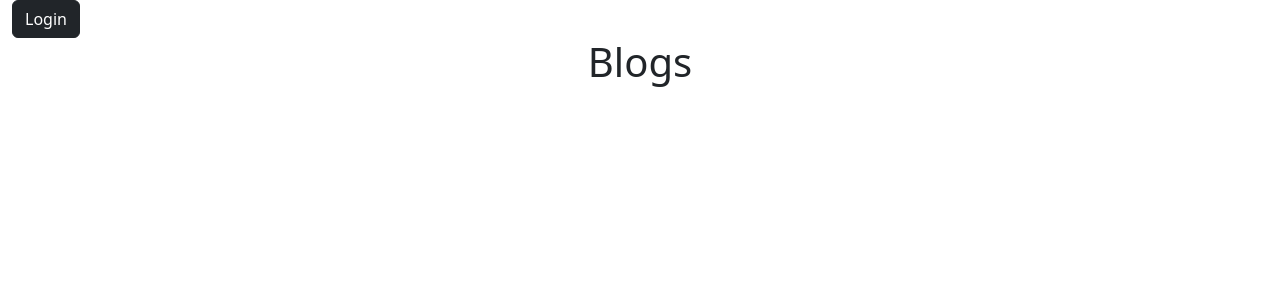
Repository: wasimalbokae/Blog
Page: http://localhost/
The author's editor kept a copy of each file at every save. The page is drawn from the files as they stood at one save, then again after the next save.
The browser window is 1280 px wide. The pictures show the whole page.
The page is served by the project's Laravel application, run on PHP 8.4 with Laravel 12. Other server files are loaded and not shown. Queries for data that is not in the repository find no rows.

Above is the page before, as saved 2025-01-05 17:47:48.

### routes/web.php
<?php
use Illuminate\Support\Facades\Route;
use App\Http\Controllers\UserController;
use App\Http\Controllers\AuthController;
use App\Http\Controllers\PostController;
use App\Http\Controllers\TagController;
use App\Http\Controllers\CategoryController;
use App\Http\Controllers\CommentController;
Route::middleware("auth")->group(function(): void
{
    Route::get('index',  function(){return view("index");})->name("index");

    Route::get('/posts', [PostController::class, "index"])->name("posts");
    Route::get('/posts/create', [PostController::class, "create"] )->name("posts.create");
    Route::POST('/posts/store', [PostController::class, "store"] )->name("posts.store");
    Route::get('/posts/show/id={id?}', [PostController::class, "show"] )->name("posts.show");
    Route::get('/posts/edit/id={id?}', [PostController::class, "edit"] )->name("posts.edit");
    Route::POST('/posts/update/id={id?}', [PostController::class, "update"] )->name("posts.update");
    Route::get('/posts/delete/id={id?}', [PostController::class, "destroy"] )->name("posts.delete");
    Route::get('/users/create', [UserController::class,"create"])->name("users.create");
    Route::POST('user/register',[AuthController::class,"register"])->name("users.register");
    Route::get('/users/show/id={id?}', [UserController::class, "show"] )->name("users.show");
    Route::get('/users/edit/id={id?}', [UserController::class, "edit"] )->name("users.edit");
    Route::POST('/users/update/id={id?}', [UserController::class, "update"] )->name("users.update");
    Route::get('/users/delete/id={id?}', [UserController::class, "destroy"] )->name("users.delete");

    Route::get( '/tags', [TagController::class, "index"])->name("tags");
    Route::get( '/tags/create', [TagController::class, "create"] )->name("tags.create");
    Route::POST('/tags/store', [TagController::class, "store"] )->name("tags.store");
    Route::get( '/tags/show/id={id?}', [TagController::class, "show"] )->name("tags.show");
    Route::get( '/tags/edit/id={id?}', [TagController::class, "edit"] )->name("tags.edit");
    Route::POST('/tags/update/id={id?}', [TagController::class, "update"] )->name("tags.update");
    Route::get( '/tags/delete/id={id?}', [TagController::class, "destroy"] )->name("tags.delete");

    Route::get( '/Category',                 [CategoryController::class, "index"])->name("Category");
    Route::get( '/Category/create',          [CategoryController::class, "create"] )->name("Category.create");
    Route::POST('/Category/store',           [CategoryController::class, "store"] )->name("Category.store");
    Route::get( '/Category/show/id={id?}',   [CategoryController::class, "show"] )->name("Category.show");
    Route::get( '/Category/edit/id={id?}',   [CategoryController::class, "edit"] )->name("Category.edit");
    Route::POST('/Category/update/id={id?}', [CategoryController::class, "update"] )->name("Category.update");
    Route::get( '/Category/delete/id={id?}', [CategoryController::class, "destroy"] )->name("Category.delete");

    Route::POST('/comments/store/{id_post}', [CommentController::class, "store"] )->name("comments.store");
    Route::POST('/comments/delete/{id_post}/{id}', [CommentController::class, "destroy"] )->name("comments.destroy");
    Route::POST('/comments/edit/{id}', [CommentController::class, "edit"] )->name("comments.edit");


    Route::get('users',[UserController::class,"index"])->name("users.index");
    Route::POST('logout',[AuthController::class,"logout"])->name("logout");
});

Route::middleware('guest')->group(function ()
{
    Route::get('/register', [UserController::class,"create"])->name("register");
    Route::POST('user/create',[AuthController::class,"register"])->name("auth.register");
    Route::post('/', [AuthController::class,"login"])->name("login");
});
Route::get('/login', [AuthController::class,"formLogin"])->name("formLogin");
Route::get('/',  [PostController::class,"index"])->name("posts.index");

### app/Http/Controllers/PostController.php
<?php
namespace App\Http\Controllers;

use App\Models\Category;
use App\Models\Post;
use App\Models\Tag;
use App\Models\Tags_posts;
use Illuminate\Http\Request;
use Illuminate\Support\Facades\Auth;

class PostController extends Controller
{
    public function index()
    {
        // $posts = Post::where('id_user', Auth::user()->id)->with('tags','category','comments')->get();

            $posts = Post::with('tags','category','comments','user')->withCount('comments')->get();
            $total = $posts->sum('comments_count');
            if($posts)
            return view("posts.index",compact("posts","total"));
            return redirect()->route('posts')->with('error', 'No Data Found');
    }
    public function create()
    {
        $categories = Category::all();
        $tags=Tag::all();
        return view("Posts.create",compact("categories","tags"));
    }
    public function store(Request $request)
    {
        $arr_images=array();
        if($images=$request->file("image"))
        {
            $request->validate([
                'image.*' => 'image|mimes:jpeg,jpg,png,gif|max:10000',
            ]);
            foreach($images as $image)
            {
                $imgName=$image->getClientOriginalName() . '-'. uniqid() . '.'.$image->getClientOriginalExtension();
                $arr_images[]=$imgName;
                $image->move(public_path("/images/posts"),$imgName);
            }
        }
        $request->validate( [
            "title"=>"required|min:3|max:50",
            "category"=>"required"]);
        if( $post=Post::create([
            "title"=>$request->title,
            "description"=>$request->description,
            "image"=>json_encode($arr_images),
            "id_category"=>$request->category,
            "id_user"=>Auth::user()->id
            ]))
            {
                if(!empty($request->tags))
                foreach($request->tags as $tag)
                {
                    $post->tags()->attach($tag);
                }
                return redirect()->route('posts');
            }
        return view("posts.index");
    }
    public function show($id)
    {
        $post = Post::with(['category','user','comments.user'])->
        where('id', $id)->withCount("comments")->first();
        if($post)
        {
            $post->comments = $post->comments->sortByDesc('updated_at');
            $total = $post->comments_count;
            return view("posts.show",compact("post","total"));
        }
        return redirect()->route('posts')->with('error', 'Not Found ID='.$id);
    }
    public function edit($id)
    {
        $post=Post::find($id);
        if($post && $post->id_user==Auth::user()->id)
        return view("posts.edit",compact("post"));
        return redirect()->route('posts')->with('error', 'Not Found ID='.$id);
    }
    public function update(Request $request, $id)
    {
            $post=POST::find($id);
            if($post && $post->id_user==Auth::user()->id)
            {
                $post->title=$request->title;
                $post->description=$request->description;
                $arr_images=array();
                if($images=$request->file("image"))
                {
                    foreach($images as $image)
                    {
                        $imgName=$image->getClientOriginalName() . '-'. uniqid() . '.'.$image->getClientOriginalExtension();
                        $arr_images[]=$imgName;
                        $image->move(public_path("/images"),$imgName);
                    }
                    $post->image=json_encode($arr_images);
                }
                $post->save();
                return redirect()->route('posts');
            }
            return redirect()->route('posts')->with('error', 'Not Found ID='.$id);
    }
    public function destroy($id)
    {
            $post = Post::find($id);
            if($post && $post->id_user==Auth::user()->id)
            {
                $post->delete();
                return redirect()->route('posts');
            }
            return redirect()->route('posts')->with('error', 'Not Found ID='.$id);
    }
}

### app/Models/Post.php
<?php

namespace App\Models;

use Illuminate\Database\Eloquent\Model;

class Post extends Model
{
    protected $fillable = [
        'title',
        'description',
        'id_category',
        'id_user',
        'image',
    ];
    public function tags()
    {
        return $this->belongsToMany(Tag::class, 'posts_tags', 'id_post', 'id_tag');
    }

    public function comments()
    {
        return $this->hasMany(Comment::class, 'id_post');
    }
    public function category()
    {
        return $this->belongsTo(Category::class, 'id_category');
    }
    public function user()
    {
        return $this->belongsTo(User::class, 'id_user');
    }
}

### app/Models/Comment.php
<?php

namespace App\Models;

use Illuminate\Database\Eloquent\Model;

class Comment extends Model
{
    protected $fillable = [
        'content',
        'id_user',
        'id_post',
    ];
    public function post()
    {
        return $this->belongsTo(Post::class);
    }
    public function user()
    {
        return $this->belongsTo(User::class, 'id_user');
    }
}

### resources/views/Posts/index.blade.php
@section("title","Posts")
@extends("layouts.app")
@section("body")
<div class="container">
        <h1 class="text-center">Blogs</h1>
        @if (Auth::user())
        <a href="{{route('posts.create')}}" class="btn btn-warning"><i class="fas fa-plus-square"></i> Add Blog</a>
        @endif
        <div class="row">
            @if(@session('error'))
            <div class="toast border-danger show position-fixed bottom-0 end-0 p-1">
                <div class="toast-header bg-danger">
                    <strong class="me-auto text-white">Error</strong>
                    <button type="button" class="btn-close" data-bs-dismiss="toast" ></button>
                </div>
                <div class="toast-body bg-white">
                    <h6 class="text-dark">  {{session('error')}}</h6>
                </div>
            </div>
            @endif
            @foreach ($posts as $post )
            <div class="container mt-3 mb-3 ">
                <div class="row d-flex align-items-center justify-content-center ">
                    <div class="col-6">
                        <div class="card">
                            <div class="row d-flex  justify-content-between p-2 px-3">
                                <div class="col-6 row d-flex align-items-start">
                                        <div class=" col-12 ">
                                            <div class="row">
                                                <div class="col-3">
                                                    <img class="rounded-circle" src="images/users/{{json_decode($post->user->image)}}" width="60" height="60">
                                                </div>
                                                <div class="col-9">
                                                    <div class=" d-flex flex-column mt-2">
                                                        <span class="align-items-start font-weight-bold">{{$post->user->name}}</span>
                                                        <small class="col-12 align-items-start text-primary text-start">{{$post->title}}</small>
                                                    </div>
                                                </div>
                                            </div>

                                        </div>
                                        <div class="col-12">
                                            <small class="ms-2 align-items-end text-dark text-end">
                                                @if (!empty($post->updated_at))
                                                {{ $post->updated_at->diffForHumans() }}
                                                @endif
                                            </small>
                                        </div>
                                </div>
                                @if (Auth::user())
                                <div class=" col-6 text-end d-flex flex-row mt-1 ellipsis">
                                    <small class="col-12 p-2">
                                        <div class="d-flex justify-content-end">
                                            <div class="dropdown">
                                                <i class="fas fa-ellipsis-v" data-bs-toggle="dropdown" aria-expanded="false"></i>
                                                <ul class="dropdown-menu dropdown-menu-end">
                                                    <a href="{{route('posts.show',$post->id)}}" class="btn dropdown-item">                                                    <li><i class="fas fa-eye mx-2"></i> Show</li>
                                                    </a>

                                                    <li><span class="dropdown-item"><i class="fas fa-pen mx-2"></i> Update </li>
                                                    <li><span class="dropdown-item"><i class="fas fa-trash text-danger mx-2"></i> Delete</span></li>
                                                </ul>
                                            </div>
                                        </div>
                                    </small>
                                </div>
                                @endif

                            </div>
                            <div class="card carousel slide carousel-fade" id="post_{{$post->id}}">
                                <div class="img-post col-12">
                                    <div class="carousel-inner" >
                                        @if(!empty($post->image))
                                                @foreach ($imgs=json_decode($post->image)  as $index=> $img )
                                                @if ($index===0)
                                                <div class="carousel-item active" id="{{$img}}">
                                                        <img   src="/images/posts/{{$img}}" class="img-fluid w-100 h-100 object-fit-contain" alt="Not Found">
                                                </div>
                                                @else
                                                <div class="carousel-item " id="{{$img}}">
                                                    <img  src="/images/posts/{{$img}}" class="img-fluid w-100 h-100 object-fit-contain" alt="Not Found">
                                                </div>
                                                @endif
                                            @endforeach
                                        </div>
                                            @if (count($imgs)>1)
                                            <button class="carousel-control-prev" id="post_{{$post->id}}" data-bs-target="#post_{{$post->id}}" data-bs-slide="prev">
                                            <span class="carousel-control-prev-icon" aria-hidden="true"></span>
                                            <span class="visually-hidden">Previous</span>
                                            </button>
                                            <button class="carousel-control-next"  id="post_{{$post->id}}"   data-bs-target="#post_{{$post->id}}" data-bs-slide="next">
                                            <span class="carousel-control-next-icon" aria-hidden="true"></span>
                                            <span class="visually-hidden">Next</span>
                                            </button>
                                            @endif
                                            @endif
                                </div>
                            </div>
                            <div class="p-2">
                                <hr>
                                <div class="d-flex justify-content-center align-items-center ">
                                    <p class="fw-bolder">{{ $post->comments_count }} @if($total>1) Comments @else Comment  @endif</p>
                                </div>
                                {{-- <hr> --}}
                                {{-- <div class="comments">
                                    <div class="d-flex flex-row mb-2"> <img src="https://i.imgur.com/9AZ2QX1.jpg" width="40" class="rounded-image">
                                        <div class="d-flex flex-column ml-2"> <span class="name">Omar Albokae</span> <small class="comment-text">I like this alot! thanks alot</small>
                                            <div class="d-flex flex-row align-items-center status"> <small>Like</small> <small>Reply</small> <small>Translate</small> <small>18 mins</small> </div>
                                        </div>
                                    </div>
                                    <div class="d-flex flex-row mb-2"> <img src="https://i.imgur.com/1YrCKa1.jpg" width="40" class="rounded-image">
                                        <div class="d-flex flex-column ml-2"> <span class="name">Elizabeth goodmen</span> <small class="comment-text">Thanks for sharing!</small>
                                            <div class="d-flex flex-row align-items-center status"> <small>Like</small> <small>Reply</small> <small>Translate</small> <small>8 mins</small> </div>
                                        </div>
                                    </div>
                                    <div class="comment-input"> <input type="text" class="form-control">
                                        <div class="fonts"> <i class="fa fa-camera"></i> </div>
                                    </div>
                                </div> --}}
                            </div>
                        </div>
                    </div>
                </div>
            </div>





            {{-- <div class="mt-3 mb-3 col-xxl-4 col-xl-4 col-lg-6 col-md-12 col-sm-12">
                <div class="card ">
                    <div id="post_{{$post->id}}" class="carousel slide carousel-fade">
                        <div class="carousel-inner">
                    @if(!empty($post->image))
                            @foreach ($imgs=json_decode($post->image)  as $index=> $img )
                            @if ($index===0)
                            <div class="carousel-item active" id="{{$img}}">
                                    <img  height="200" src="/images/posts/{{$img}}" class="d-block w-100" alt="Not Found">
                            </div>
                            @else
                            <div class="carousel-item " id="{{$img}}">
                                <img height="200" src="/images/posts/{{$img}}" class="d-block w-100" alt="Not Found">
                        </div>
                            @endif
                        @endforeach
                    </div>
                        @if (count($imgs)>1)
                        <button class="carousel-control-prev" id="post_{{$post->id}}" data-bs-target="#post_{{$post->id}}" data-bs-slide="prev">
                        <span class="carousel-control-prev-icon" aria-hidden="true"></span>
                        <span class="visually-hidden">Previous</span>
                        </button>
                        <button class="carousel-control-next"  id="bpost_{{$post->id}}"   data-bs-target="#post_{{$post->id}}" data-bs-slide="next">
                        <span class="carousel-control-next-icon" aria-hidden="true"></span>
                        <span class="visually-hidden">Next</span>
                        </button>
                        @endif
                        @endif
                    </div>
                    <div class="card-body">
                        <h5 class="card-title text-success text-center">{{ $post->title }}</h5>
                        <p class="card-text">{{ $post->description }}</p>
                        <div class="d-flex justify-content-center">
                            <a href="{{route('posts.show',$post->id)}}" class="m-2 btn btn-primary">Show</a>
                            @if (Auth::user()->id==$post->id_user)
                            <a href="{{route('posts.edit',$post->id)}}" class="m-2 btn btn-secondary">Edit</a>
                            <a href="{{route('posts.delete',$post)}}" class="m-2 btn btn-danger">Delete</a>
                            @endif

                        </div>
                    </div>
                    <div class="card-footer">
                        <small class="text-body-secondary">
                            @if (!empty($post->updated_at))
                            {{ $post->updated_at->diffForHumans() }}
                            @endif
                        </small>
                    </div>
                </div>
            </div> --}}
            @endforeach
        </div>
</div>
@endsection

### resources/views/layouts/app.blade.php


<meta charset="UTF-8">
<meta name="viewport" content="width=device-width, initial-scale=1.0">
<meta http-equiv="X-UA-Compatible" content="ie=edge">
<style>
    .text-12
    {
        font-size: 12px;
    }
    .text-14
    {
        font-size: 14px;
    }
    .img-post
    {
        height: 400px;
    }
    .carousel-control-next-icon,.carousel-control-prev-icon
    {
       filter: invert(3);
    }
</style>
<link href="https://cdn.jsdelivr.net/npm/bootstrap@5.3.3/dist/css/bootstrap.min.css" rel="stylesheet" integrity="sha384-QWTKZyjpPEjISv5WaRU9OFeRpok6YctnYmDr5pNlyT2bRjXh0JMhjY6hW+ALEwIH" crossorigin="anonymous">
<link href="https://cdnjs.cloudflare.com/ajax/libs/font-awesome/6.0.0/css/all.min.css" rel="stylesheet">
<title>@yield("title")</title>
<div class="container-fluid">
    @if (Auth::user())
    <div class="row pt-2 bg-info-subtle text-info-emphasis">
        <a class="btn btn-dark" href="{{route("index")}}" >index</a>
            <h6>Name : {{ Auth::user()->name }}</h6>
            <h6>Email : {{ Auth::user()->email }}</h6>
            <a class="btn btn-dark" href="{{ route("users.edit",Auth::user()->id)}}" type="submit">Edit Profile</a>
            <div class="col-12 d-flex justify-content-end">
                <form class="pt-2" action="{{route("logout")}}" method="POST">
                    @method("POST")
                    @csrf
                    <button class="btn btn-secondary" type="submit">logout</button>
                </form>
            </div>
    </div>
    @endif
    @if (!request()->is('login') && !Auth::user())
    <a class="btn btn-dark" href="{{route("formLogin")}}" >Login</a>
    @endif
        @yield("body")
</div>
<script src="https://cdn.jsdelivr.net/npm/bootstrap@5.3.3/dist/js/bootstrap.bundle.min.js" integrity="sha384-YvpcrYf0tY3lHB60NNkmXc5s9fDVZLESaAA55NDzOxhy9GkcIdslK1eN7N6jIeHz" crossorigin="anonymous"></script>

Loaded but not shown: app/Providers/AppServiceProvider.php (common file); app/Http/Controllers/Controller.php (common file)

After the next save:
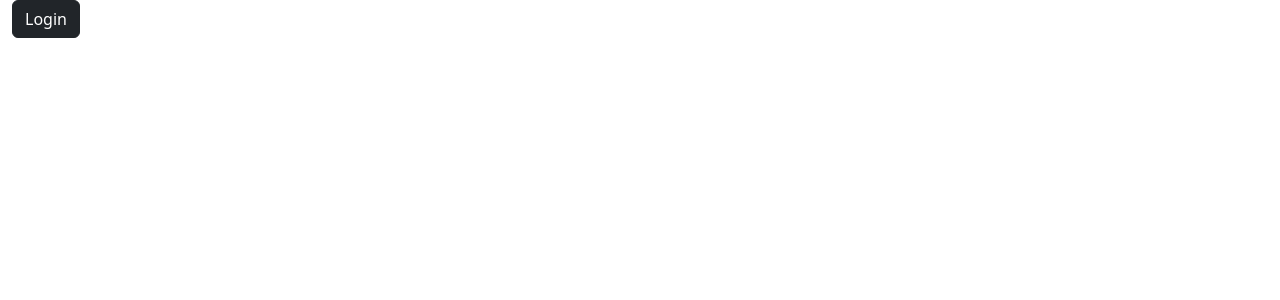
Saved 5 s later.
--- a/resources/views/Posts/index.blade.php
+++ b/resources/views/Posts/index.blade.php
@@ -2,7 +2,6 @@
 @extends("layouts.app")
 @section("body")
 <div class="container">
-        <h1 class="text-center">Blogs</h1>
         @if (Auth::user())
         <a href="{{route('posts.create')}}" class="btn btn-warning"><i class="fas fa-plus-square"></i> Add Blog</a>
         @endif
